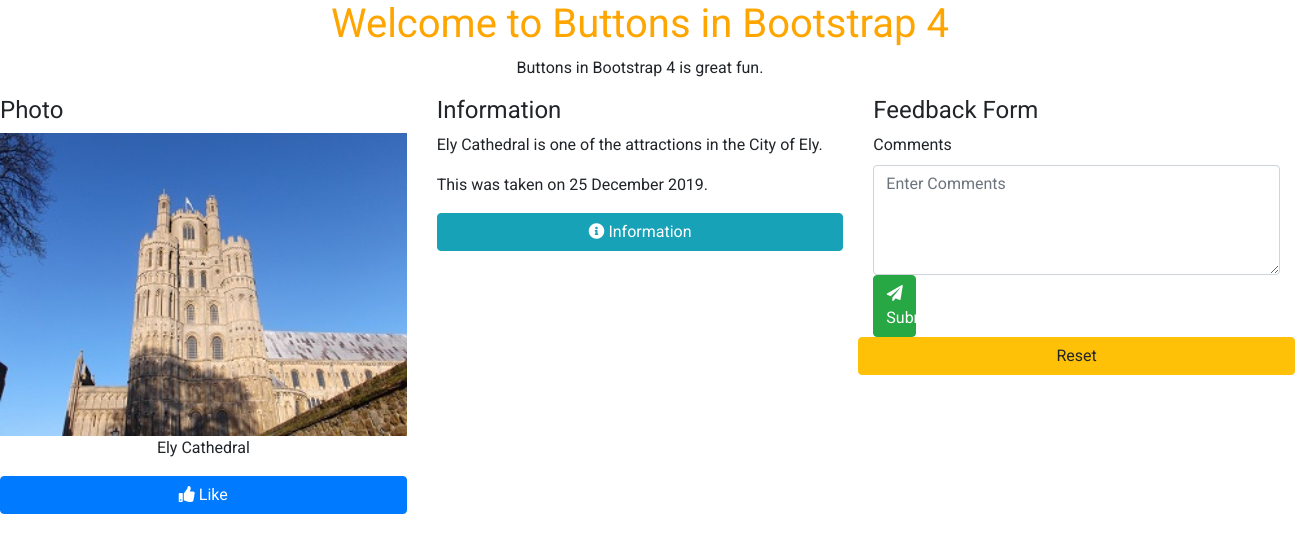
Repository: derektypist/buttons-in-bootstrap-4
Page: index.html
The author's editor kept a record of every edit. The page is drawn from the files as they stood at one moment, then again after the next edit.
The browser window is 1280 px wide. The page is 1295 px wide, so the pictures cover 1295 px, including what lies to the right of the window. The pictures show the whole page.
Some web libraries are served in a nearby version.

Above is the page before.

### index.html
<!DOCTYPE html>
<html lang="en">

<head>
    <meta charset="UTF-8">
    <meta name="viewport" content="width=device-width, initial-scale=1.0">
    <meta http-equiv="X-UA-Compatible" content="ie=edge">
    <title>Buttons in Bootstrap 4</title>
    <!-- Load Style Sheets -->
    <link rel="stylesheet" href="https://maxcdn.bootstrapcdn.com/bootstrap/4.4.1/css/bootstrap.min.css" integrity="sha384-Vkoo8x4CGsO3+Hhxv8T/Q5PaXtkKtu6ug5TOeNV6gBiFeWPGFN9MuhOf23Q9Ifjh" crossorigin="anonymous">
    <link rel="stylesheet" href="https://use.fontawesome.com/releases/v5.8.1/css/all.css" integrity="sha384-50oBUHEmvpQ+1lW4y57PTFmhCaXp0ML5d60M1M7uH2+nqUivzIebhndOJK28anvf" crossorigin="anonymous">
    <link href="https://fonts.googleapis.com/css?family=Roboto&display=swap" rel="stylesheet">
    <link rel="stylesheet" href="style.css">
</head>

<body>
    <!-- Set up Heading -->
    <h1>Welcome to Buttons in Bootstrap 4</h1>
    <p class="text-center">Buttons in Bootstrap 4 is great fun.</p>
    <!-- Set Up Section -->
    <section>
        <!-- Set Up Article -->
        <article class="row">
            <article class="col-sm-4">
                <!-- Display Article Heading -->
                <h4>Photo</h4>
                <!-- Display Image -->
                <figure>
                    <img src="images/ely-cathedral.JPG" alt="Ely Cathedral" class="img-fluid">
                    <figcaption class="text-center">Ely Cathedral</figcaption>
                </figure>
                <!-- Create Button -->
                <button class="btn btn-primary btn-block"><i class="fas fa-thumbs-up"></i> Like</button>

            </article>

            <!-- Set Up Article -->
            <article class="col-sm-4">
                <!-- Display Article Heading -->
                <h4>Information</h4>
                <!-- Display Information -->
                <p>Ely Cathedral is one of the attractions in the City of Ely.</p>
                <p>This was taken on 25 December 2019.</p>
                <!-- Create Button -->
                <button class="btn btn-info btn-block"><i class="fas fa-info-circle"></i> Information</button>
            </article>

            <!-- Set Up Article -->
            <article class="col-sm-4">
                <!-- Display Article Heading -->
                <h4>Feedback Form</h4>
                <!-- Set Up Form for Comments -->
                <form>
                    <label for="comments">Comments</label>
                    <textarea class="form-control" placeholder="Enter Comments" rows="4" id="comments"></textarea>
                    <article class="row">
                        <article class="col-sm-2">
                            <button type="submit" value="Submit" class="btn btn-success btn-block" onclick="acknowledge()"><i class="fa fa-paper-plane"></i> Submit</button>
                        </article>

                    <button type="reset" value="Reset" class="btn btn-warning btn-block">Reset</button>
                    </article>

                </form>

                <!-- Display Acknowledgement -->
                <p id="message"></p>
            </article>
        </article>
    </section>
    <!-- Load Script -->
    <script>
        // Function to Acknowledge input of comments
        function acknowledge() {
            document.getElementById("message").innerHTML = "Thank you for your input";
        }
    </script>
</body>

</html>

### style.css
/* Body */
body {
    font-family: "Roboto", Arial, Verdana, sans-serif;
}

/* Heading H1 */
h1 {
    text-align: center;
    color: orange;
}

/* Images */
img {
    display: block;
    margin: auto;
    width: 100%;
}

.mypadding {
    padding: 5px;
}

After the next edit:
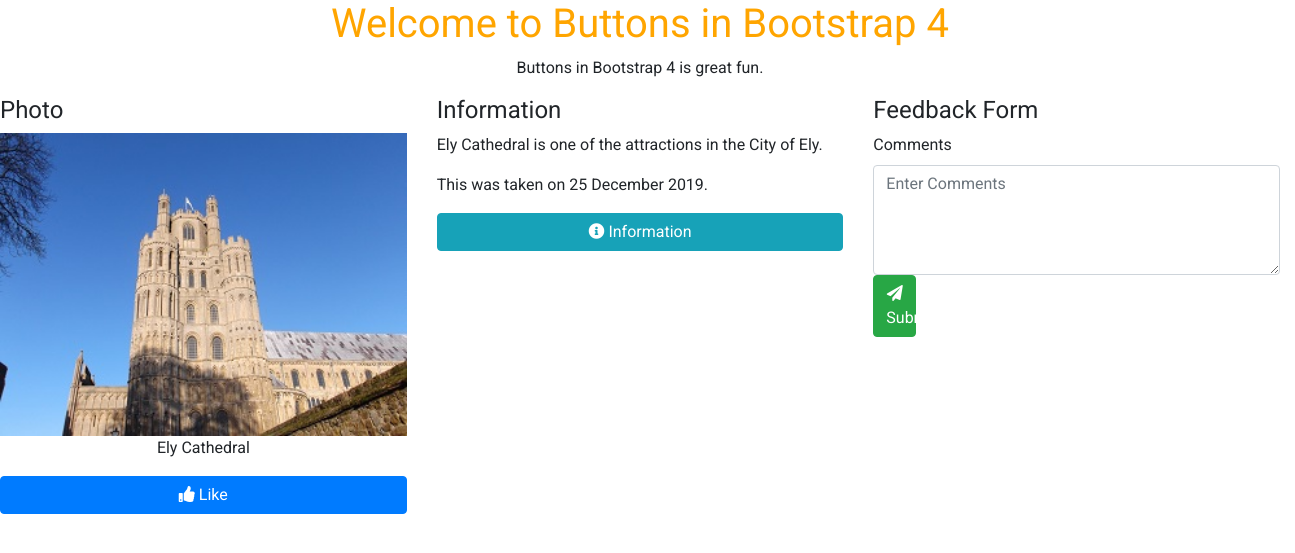
The edit:
--- a/index.html
+++ b/index.html
@@ -57,8 +57,10 @@
                         <article class="col-sm-2">
                             <button type="submit" value="Submit" class="btn btn-success btn-block" onclick="acknowledge()"><i class="fa fa-paper-plane"></i> Submit</button>
                         </article>
+                        <article class="col-sm-2">
 
-                    <button type="reset" value="Reset" class="btn btn-warning btn-block">Reset</button>
+                        </article>
+
                     </article>
 
                 </form>
